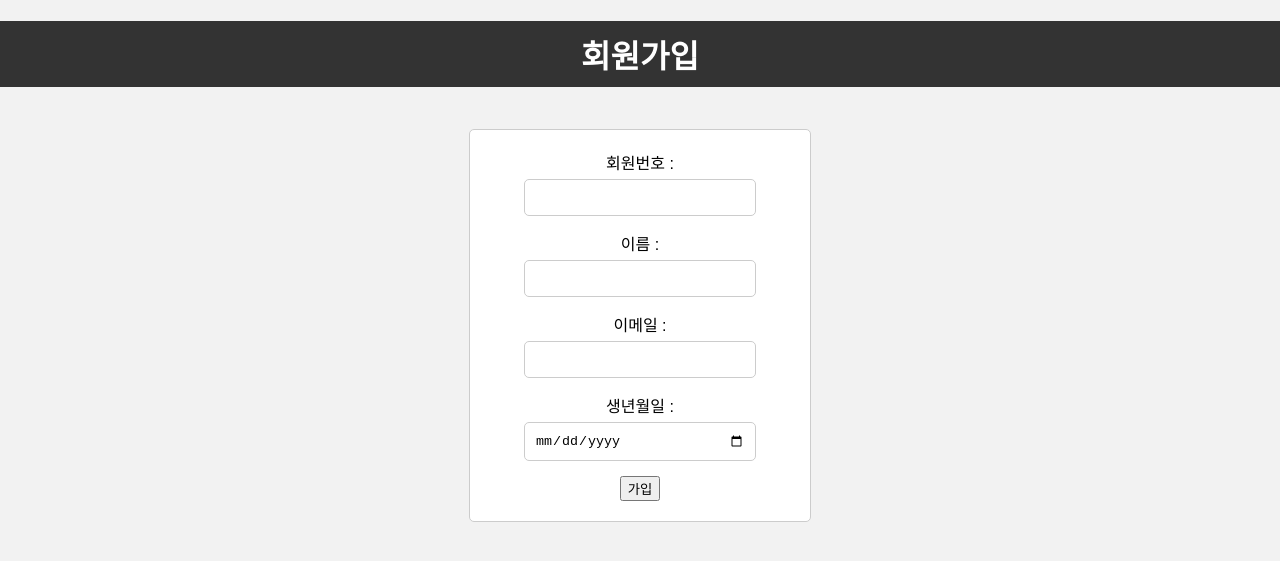
Repository: saahhh/Servlet-JSP-Workspace
Page: http://localhost/join/register.jsp
The author's editor kept a copy of each file at every save. The page is drawn from the files as they stood at one save, then again after the next save.
The browser window is 1280 px wide. The pictures show the whole page.
The page is served by Tomcat 9. Other server files are loaded and not shown.

Above is the page before, as saved 2023-11-07 03:25:05.

### join/src/main/webapp/register.jsp
<%@ page language="java" contentType="text/html; charset=EUC-KR"
    pageEncoding="EUC-KR"%>
<!DOCTYPE html>
<html>
<head>
<meta charset="EUC-KR">
<title>회원가입창</title>
<link rel="stylesheet" type="text/css" href="styles.css">
</head>
<body>
<h1>회원가입</h1>
<form action="/RegisterServlet" method="post">
	<label for="mno">회원번호 : </label>
	<input type="text" id="mno" name="mno" required><br>

	<label for="mname">이름 : </label>
	<input type="text" id="mname" name="mname" required><br>

	<label for="memail">이메일 : </label>
	<input type="email" id="memail" name="memail" required><br>

	<label for="mbirth">생년월일 : </label>
	<input type="date" id="mbirth" name="mbirth" required><br>

	<input type="submit" value="가입">

</form>

</body>
</html>

### join/src/main/webapp/styles.css
styles.css
h1{
	background-color: #333;
	color: #fff;
	padding: 10px;
	text-align: center;
}

/* 전체 페이지 스타일 */
body {
    font-family: Arial, sans-serif;
    background-color: #f2f2f2;
    margin: 0;
    padding: 0;
     text-align: center;
}

h1 {
    background-color: #333;
    color: #fff;
    padding: 10px;
    text-align: center;
}

/* 폼 스타일 */
form {
    background-color: #fff;
    border: 1px solid #ccc;
    border-radius: 5px;
    padding: 20px;
    margin: 20px;
    width: 300px;
    display: inline-block;
}

/* 레이블 스타일 */
label {
    display: block;
    margin-bottom: 5px;
}

/* 입력 필드 스타일 */
input[type="text"],
input[type="email"],
input[type="date"] {
    width: 70%;
    padding: 10px;
    margin-bottom: 15px;
    border: 1px solid #ccc;
    border-radius: 5px;
}

/* 버튼



table {
    width: 80%;
    margin: 20px auto;
    border-collapse: collapse;
    background-color: #fff;
}

table, th, td {
    border: 1px solid #ccc;
}

th, td {
    padding: 10px;
    text-align: left;
}

tr:nth-child(even) {
    background-color: #f2f2f2;
}

tr:hover {
    background-color: #e0e0e0;
}

After the next save:
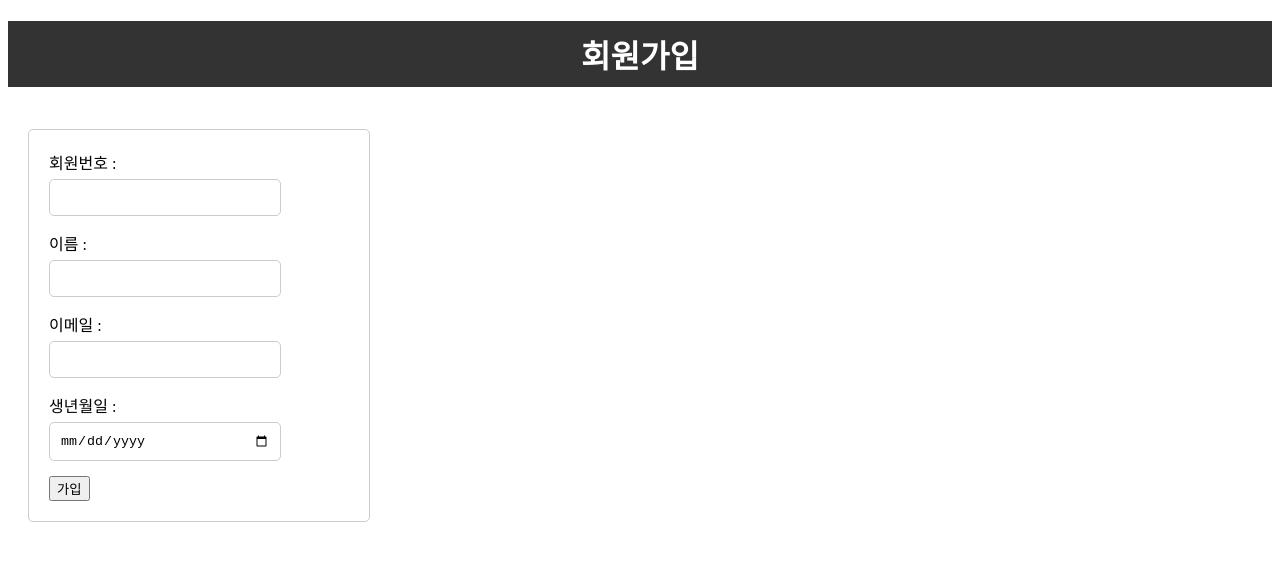
Saved 10 s later.
--- a/join/src/main/webapp/styles.css
+++ b/join/src/main/webapp/styles.css
@@ -1,10 +1,4 @@
 styles.css
-h1{
-	background-color: #333;
-	color: #fff;
-	padding: 10px;
-	text-align: center;
-}
 
 /* 전체 페이지 스타일 */
 body {

After the save that followed:
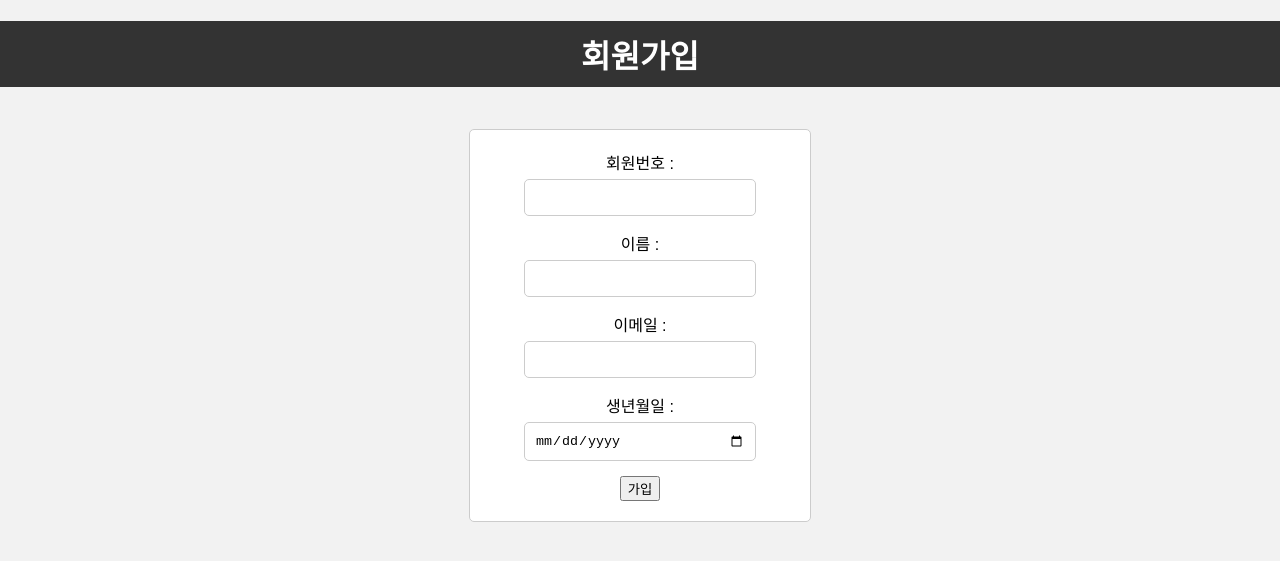
Saved 8 min 50 s later.
--- a/join/src/main/webapp/styles.css
+++ b/join/src/main/webapp/styles.css
@@ -1,5 +1,3 @@
-styles.css
-
 /* 전체 페이지 스타일 */
 body {
     font-family: Arial, sans-serif;
